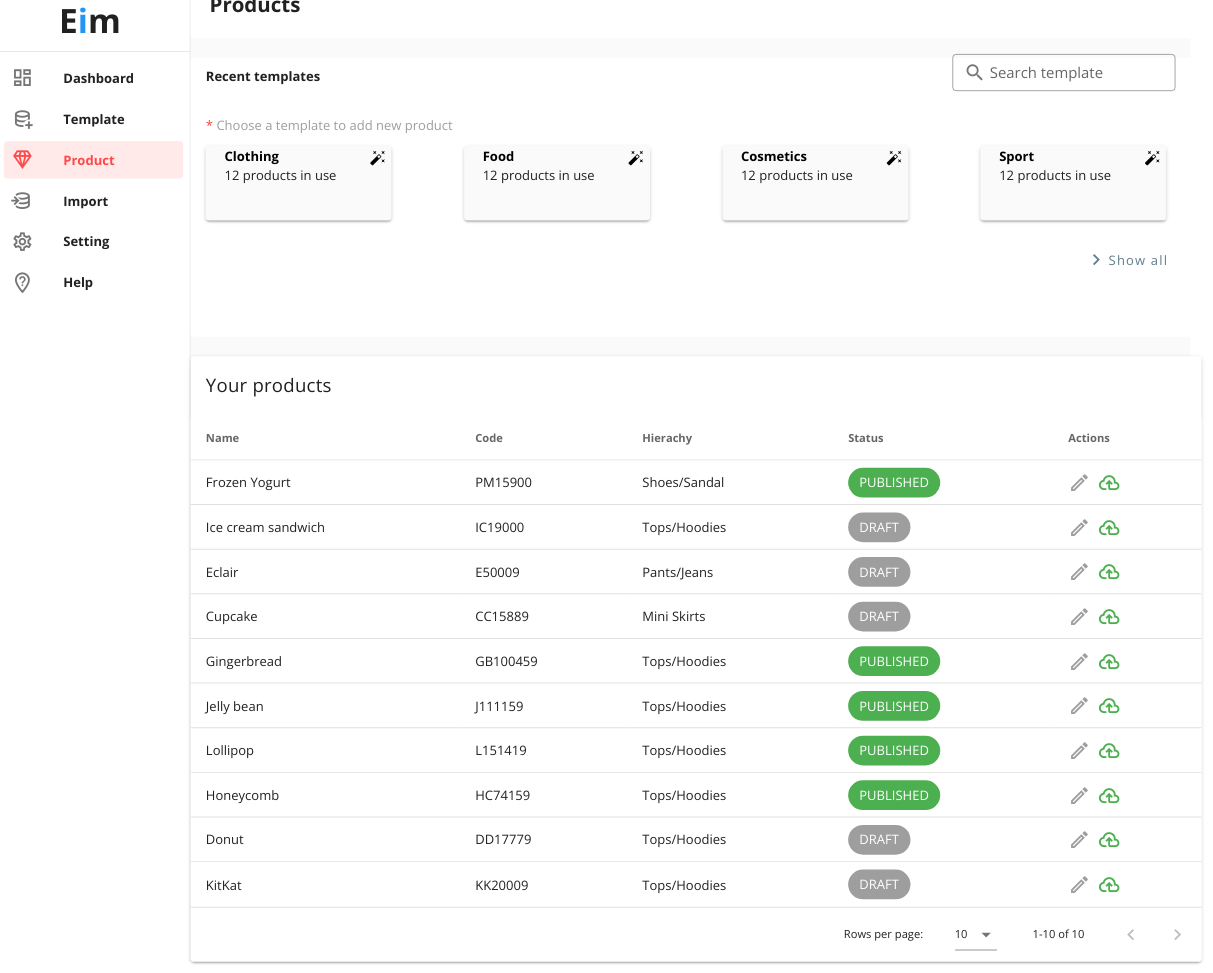
Repository: nguyenphuong152/pim-template
Page: /product
An editor plug-in stored every save of this project. The page is shown before and after the next save, followed by the edit.
The browser window is 1280 px wide. The page is 1304 px wide, so the pictures cover 1304 px, including what lies to the right of the window. The pictures show the whole page, at 93% of full size.
The project was rebuilt for these pictures with package versions that can differ from the ones it lists, and the page was loaded fresh each time. Also part of the build but not shown: vue.config.js, src/views/Home.vue, src/components/Outcome_1/SearchTemplate.vue, src/components/Outcome_1/YourTemplate.vue, src/components/Outcome_1/ListComponent.vue, src/components/Outcome_1/AddInfo.vue, src/components/Outcome_1/AddDetail.vue, src/components/Outcome_1/ListComponentProgressive.vue and 18 more.

Above is the page before, as saved 2021-01-19 00:09:39.

After the next save:
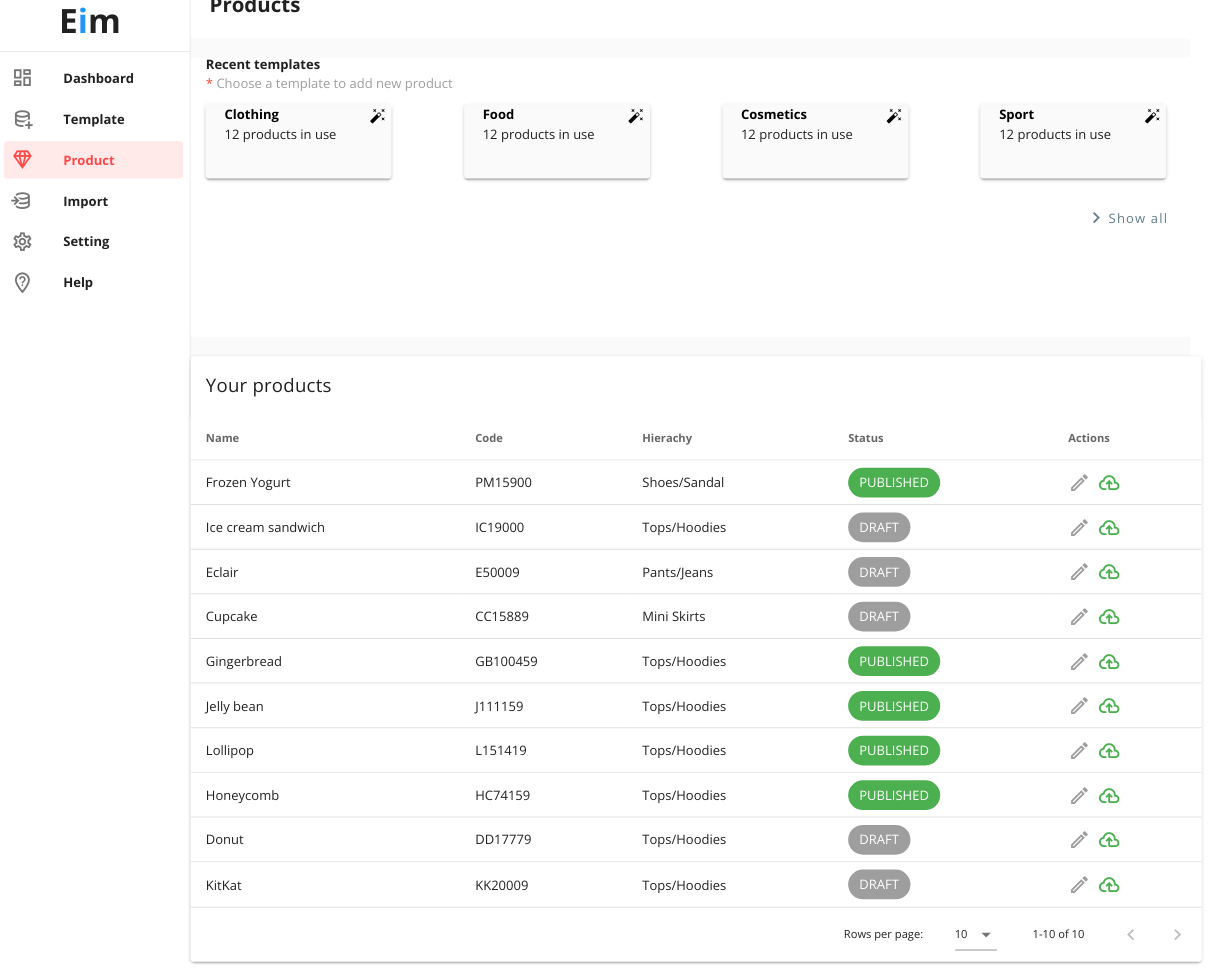
Saved 13 s later.
--- a/src/components/Outcome_2/RecentTemplate.vue
+++ b/src/components/Outcome_2/RecentTemplate.vue
@@ -3,15 +3,6 @@
     <v-row class="align-baseline mx-4">
       <v-col class="py-0 text-start px-0" cols="9"
         ><span class="font-weight-bold">Recent templates</span>
-      </v-col>
-      <v-col class="py-0 hidden-xs-only">
-        <v-text-field
-          outlined
-          dense
-          label="Search template"
-          hint="Example: Clothes"
-          prepend-inner-icon="mdi-magnify"
-        ></v-text-field>
       </v-col>
     </v-row>
     <v-row class="mx-4">
